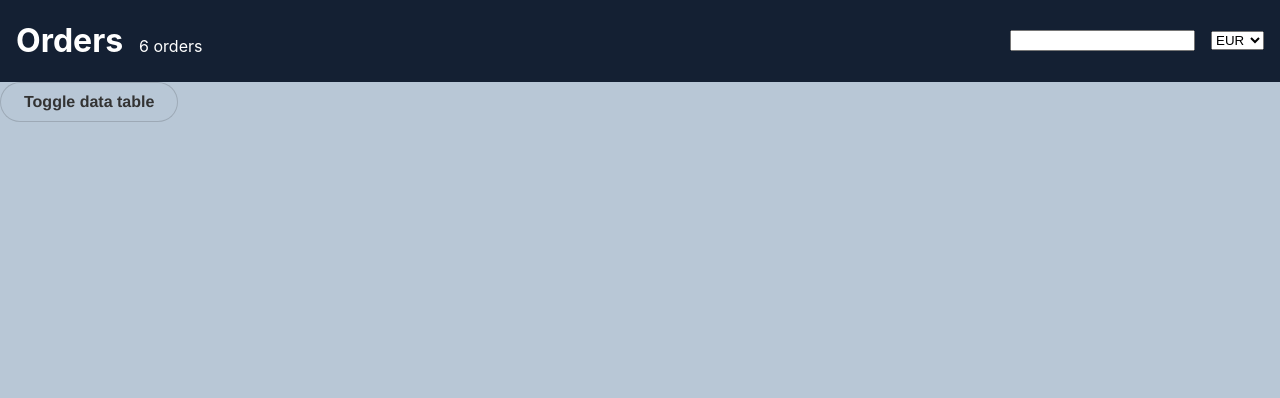
Repository: PreetiToppo/Assignment_Question_1
Page: /
An editor plug-in stored every save of this project. The page is shown before and after the next save, followed by the edit.
The browser window is 1280 px wide. The pictures show the whole page.
The project was rebuilt for these pictures with package versions that can differ from the ones it lists, and the page was loaded fresh each time. Also part of the build but not shown: src/component/list/ListRow.module.css, src/component/list/ListRow.jsx, src/component/list/ListRowCell.module.css, src/component/list/ListRowCell.jsx, src/component/list/ListHeader.jsx, src/component/list/ListHeaderCell.module.css, src/component/list/ListHeaderCell.jsx, src/component/list/List.module.css and 3 more.

Above is the page before, as saved 2023-08-06 14:45:29.

After the next save:
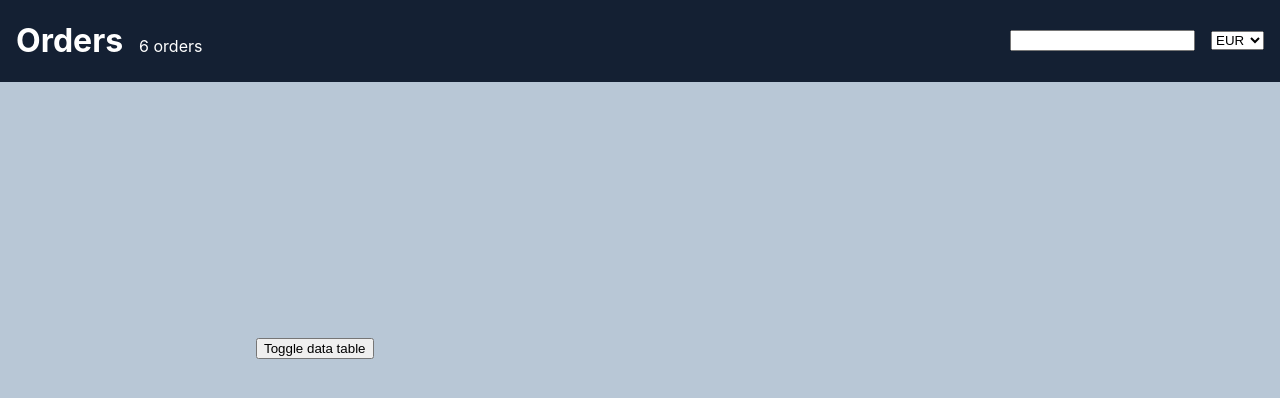
Saved 2 min 41 s later.
--- a/src/pages/Dashboard.jsx
+++ b/src/pages/Dashboard.jsx
@@ -126,6 +126,7 @@ const Dashboard = () => {
         </div>
       ) : (
         <StoryBookButton
+          className={styles.toggleButton}
           primary={false}
           size="large"
           label="Toggle data table"
